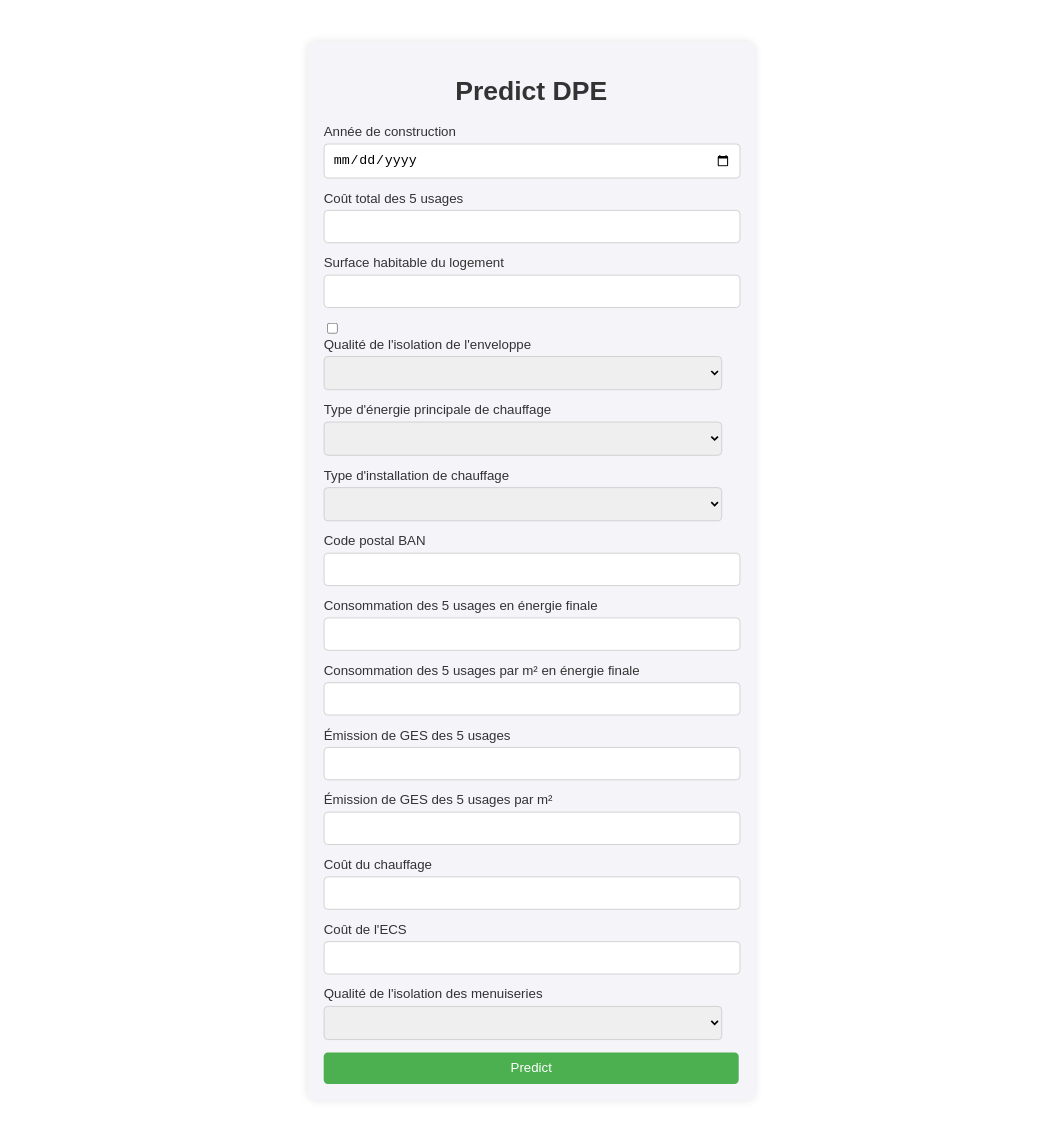
Repository: abdouAppcraft/Predict-DPE
Page: /
These files come from the project's save history. The page is drawn as it stood at one moment and after the next save; the edit follows.
The browser window is 1280 px wide. The pictures show the whole page, at 83% of full size.
The page's requests for data from a server got no answer. The project was rebuilt for these pictures with package versions that can differ from the ones it lists, and the page was loaded fresh each time. No one was signed in, and anything a server would have sent is missing. Also part of the build but not shown: src/screens/Result/Result.tsx.

Above is the page before, as saved 2024-06-11 16:29:51.

### src/App.tsx
import React from "react";
import PredictForm from "./screens/PredictForm/PredictForm";
import { createBrowserRouter, RouterProvider } from "react-router-dom";
import Result from "./screens/Result/Result";

const router = createBrowserRouter([
  {
    path: "/",
    Component: PredictForm,
  },
  {
    path: "/result",
    Component: Result,
  },
]);

const App: React.FC = () => {
  return (
    <>
      <RouterProvider router={router} />
    </>
  );
};

export default App;

### src/screens/PredictForm/PredictForm.tsx
import React, { useState } from "react";
import { useNavigate } from "react-router-dom";
import { useDpeOptions } from "../../hooks/useDpeOptions";
import "./PredictForm.css";
import strings from "../../strings/string";

type Field = {
  name: string;
  type: string;
};

const field: Field[] = [
  { name: "Annee_construction", type: "date" },
  { name: "Cout_total_5_usages", type: "number" },
  { name: "Surface_habitable_logement", type: "number" },
];

const advancedField: Field[] = [
  { name: "Qualite_isolation_enveloppe", type: "select" },
  { name: "Type_energie_principale_chauffage", type: "select" },
  { name: "Type_installation_chauffage", type: "select" },
  { name: "Code_postal_BAN", type: "address" },
  { name: "Conso_5_usages_e_finale", type: "number" },
  { name: "Conso_5_usagesm2_e_finale", type: "number" },
  { name: "Emission_GES_5_usages", type: "number" },
  { name: "Emission_GES_5_usages_par_m2", type: "number" },
  { name: "Cout_chauffage", type: "number" },
  { name: "Cout_ECS", type: "number" },
  { name: "Qualite_isolation_menuiseries", type: "select" },
];

const PredictForm: React.FC = () => {
  const [formData, setFormData] = useState<Record<string, any>>({});
  const [advancedOp, setAdvancedOp] = useState<boolean>(false);

  const [prediction, setPrediction] = useState<string | null>(null);
  const navigate = useNavigate();
  const options = useDpeOptions();

  console.log({ options });

  const handleChange = (
    e: React.ChangeEvent<HTMLInputElement | HTMLSelectElement>
  ) => {
    const { name, value, type } = e.target;
    if (type === "checkbox") {
      setFormData({
        ...formData,
        [name]: (e.target as HTMLInputElement).checked,
      });
    } else {
      setFormData({
        ...formData,
        [name]: value,
      });
    }
  };

  const handleSubmit = async (e: React.FormEvent) => {
    e.preventDefault();
    console.log("Form Data Submitted:", formData); // Ajoutez ce journal pour voir les données soumises
    try {
      // const response = await axios.post(
      //   "http://localhost:8000/predict/",
      //   formData
      // );
      // console.log("Prediction Response:", response.data); // Ajoutez ce journal pour voir la réponse
      // setPrediction(response.data.predicted_DPE);
      navigate("/result");
    } catch (error) {
      console.error("There was an error making the request:", error);
    }
  };

  const renderRow = (f: Field) => {
    switch (f.type) {
      case "select":
        return (
          <div className="form-group">
            <label>{strings[f.name as keyof typeof strings]}</label>
            <select
              name={f.name}
              value={formData[f.name]}
              onChange={handleChange}
              required
            >
              {options &&
                Object.hasOwn(options, f.name) &&
                options[f.name as keyof typeof options].map(
                  (option: string) => {
                    return <option>{option} </option>;
                  }
                )}
            </select>
          </div>
        );
        break;

      default:
        return (
          <>
            <div className="form-group">
              <label>{strings[f.name as keyof typeof strings]}</label>
              <input
                type={f.type}
                name={f.name}
                value={formData[f.name]}
                onChange={handleChange}
                required
              />
            </div>
          </>
        );
    }
  };

  return (
    <div className="predict-form">
      <h1>Predict DPE</h1>
      <form onSubmit={handleSubmit}>
        {/* <div className="form-group">
          <label>Surface habitable (m²):</label>
          <input
            type="number"
            name="Surface_habitable"
            value={formData.Surface_habitable}
            onChange={handleChange}
            required
          />
        </div>
        <div className="form-group">
          <label>Année de construction:</label>
          <input
            type="number"
            name="Annee_construction"
            value={formData.Annee_construction}
            onChange={handleChange}
            required
          />
        </div>
        <div className="form-group">
          <label>Type de chauffage:</label>
          <select
            name="Type_chauffage"
            value={formData.Type_chauffage}
            onChange={handleChange}
            required
          >
            <option value="">--Choisir--</option>
            <option value="électrique">Électrique</option>
            <option value="gaz">Gaz</option>
            <option value="fioul">Fioul</option>
            <option value="bois">Bois</option>
            <option value="autre">Autre</option>
          </select>
        </div>
        <div className="form-group">
          <label>Panneaux solaires:</label>
          <input
            type="checkbox"
            name="Panneaux_solaires"
            checked={formData.Panneaux_solaires}
            onChange={handleChange}
          />
        </div>
        <div className="form-group">
          <label>Nombre de pièces:</label>
          <input
            type="number"
            name="Nombre_pieces"
            value={formData.Nombre_pieces}
            onChange={handleChange}
            required
          />
        </div> */}
        {field.map((f) => renderRow(f))}
        <input
          type="checkbox"
          name="advancedField"
          checked={advancedOp}
          onChange={(e) => setAdvancedOp(!advancedOp)}
        />
        {advancedField.map((f) => renderRow(f))}
        <button type="submit" className="submit-btn">
          Predict
        </button>
      </form>
      {prediction && <h2>Predicted DPE: {prediction}</h2>}
    </div>
  );
};

export default PredictForm;

### src/hooks/useDpeOptions.tsx
import axios from "axios";
import { useEffect, useState } from "react";

type DPE_Options_Type = {
  Qualite_isolation_enveloppe: string[];
  Type_energie_principale_chauffage: string[];
  Type_installation_chauffage: string[];
  Qualite_isolation_menuiseries: string[];
};
export const useDpeOptions = () => {
  const [options, setOptions] = useState<DPE_Options_Type>();

  useEffect(() => {
    axios
      .get<DPE_Options_Type>("http://127.0.0.1:8000/dpe/options")
      .then((res) => {
        setOptions(res.data);
      });
  }, []);

  return options;
};

### src/screens/PredictForm/PredictForm.css
.predict-form {
    max-width: 500px;
    margin: 50px auto;
    padding: 20px;
    background-color: #f4f4f9;
    border-radius: 10px;
    box-shadow: 0 0 10px rgba(0, 0, 0, 0.1);
    font-family: Arial, sans-serif;
}

.predict-form h1 {
    text-align: center;
    color: #333;
}

.form-group {
    margin-bottom: 15px;
}

.form-group label {
    display: block;
    margin-bottom: 5px;
    color: #333;
}

.form-group input,
.form-group select {
    width: calc(100% - 20px);
    padding: 10px;
    border: 1px solid #ccc;
    border-radius: 5px;
    font-size: 16px;
}

.form-group input[type="checkbox"] {
    width: auto;
}

.submit-btn {
    width: 100%;
    padding: 10px;
    background-color: #4CAF50;
    color: white;
    border: none;
    border-radius: 5px;
    font-size: 16px;
    cursor: pointer;
    transition: background-color 0.3s ease;
}

.submit-btn:hover {
    background-color: #45a049;
}

h2 {
    text-align: center;
    color: #333;
    margin-top: 20px;
}

### src/strings/string.ts
const strings = {
  Annee_construction: "Année de construction",
  Cout_total_5_usages: "Coût total des 5 usages",
  Surface_habitable_logement: "Surface habitable du logement",
  Qualite_isolation_enveloppe: "Qualité de l'isolation de l'enveloppe",
  Type_energie_principale_chauffage: "Type d'énergie principale de chauffage",
  Type_installation_chauffage: "Type d'installation de chauffage",
  Code_postal_BAN: "Code postal BAN",
  Conso_5_usages_e_finale: "Consommation des 5 usages en énergie finale",
  Conso_5_usagesm2_e_finale:
    "Consommation des 5 usages par m² en énergie finale",
  Emission_GES_5_usages: "Émission de GES des 5 usages",
  Emission_GES_5_usages_par_m2: "Émission de GES des 5 usages par m²",
  Cout_chauffage: "Coût du chauffage",
  Cout_ECS: "Coût de l'ECS",
  Qualite_isolation_menuiseries: "Qualité de l'isolation des menuiseries",
};

export default strings;

Loaded but not shown: public/index.html (common file); src/index.tsx (common file); src/index.css (common file); src/reportWebVitals.ts (common file)

After the next save:
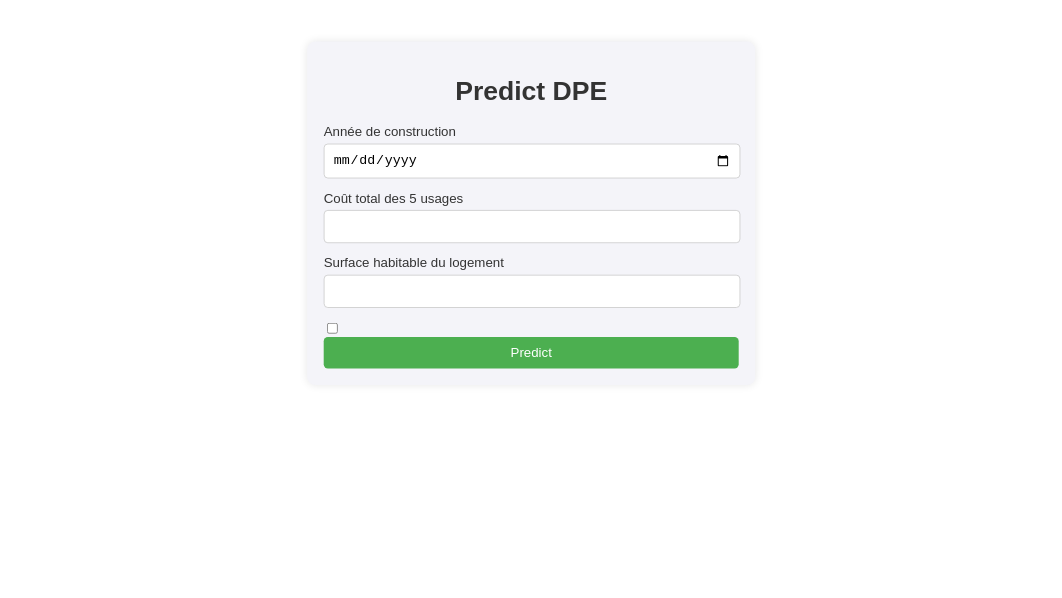
Saved 23 s later.
--- a/src/screens/PredictForm/PredictForm.tsx
+++ b/src/screens/PredictForm/PredictForm.tsx
@@ -180,7 +180,7 @@ const PredictForm: React.FC = () => {
           checked={advancedOp}
           onChange={(e) => setAdvancedOp(!advancedOp)}
         />
-        {advancedField.map((f) => renderRow(f))}
+        {advancedOp && advancedField.map((f) => renderRow(f))}
         <button type="submit" className="submit-btn">
           Predict
         </button>
